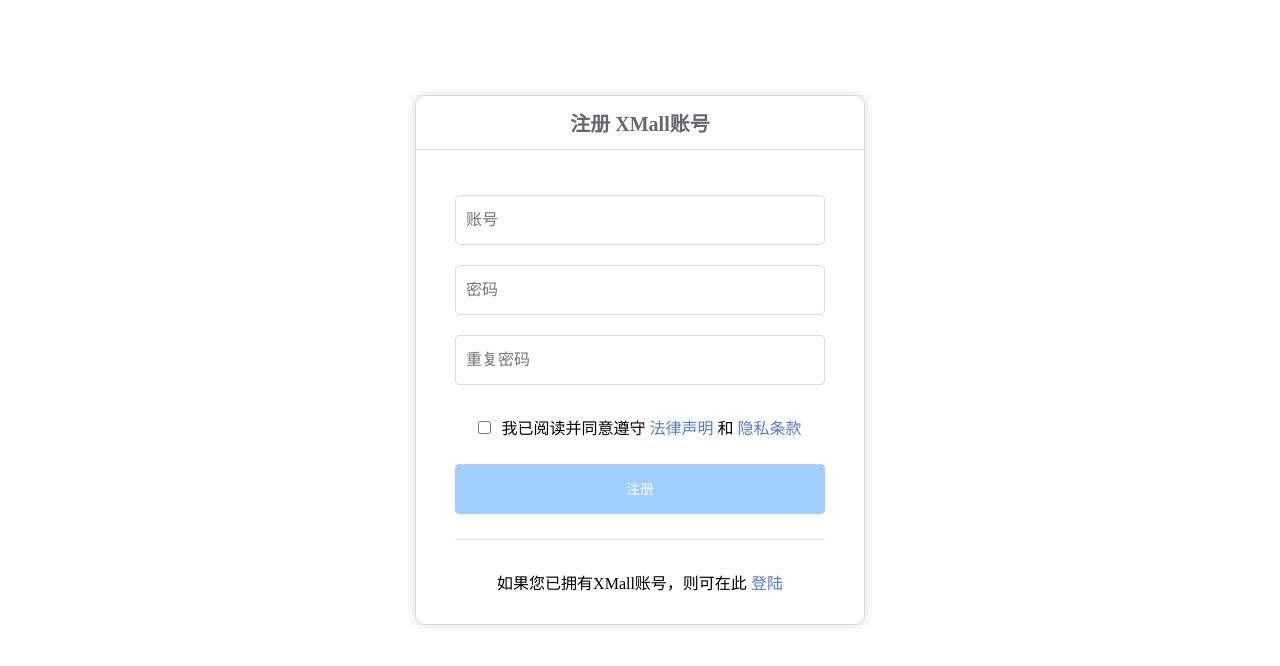
Repository: dingqihui1997/xmall-demo
Page: /register
The author's editor kept a copy of each file at every save. The page is drawn from the files as they stood at one save, then again after the next save.
The browser window is 1280 px wide. The pictures show the whole page.
The project was rebuilt for these pictures with package versions that can differ from the ones it lists, and the page was loaded fresh each time. Also part of the build but not shown: vue.config.js, src/views/Home.vue.

Above is the page before, as saved 2021-06-29 15:43:55.

After the next save:
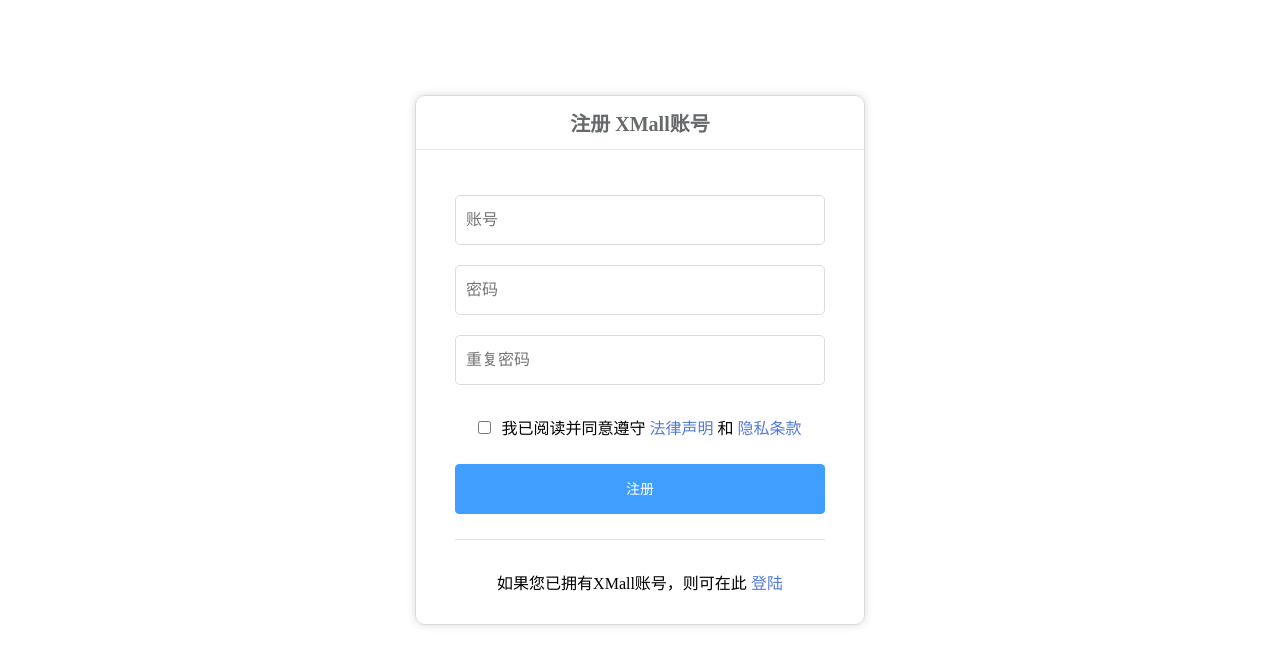
Saved 91 s later.
--- a/src/components/register/Register.vue
+++ b/src/components/register/Register.vue
@@ -21,7 +21,7 @@
         >
       </div>
       <div class="flex-ja regis">
-        <el-button type="primary" disabled>注册</el-button>
+        <el-button type="primary" :disabled="flag">注册</el-button>
       </div>
       <div class="flex-ja">
         <div class="bottom flex-ja">

After the 2 saves that followed:
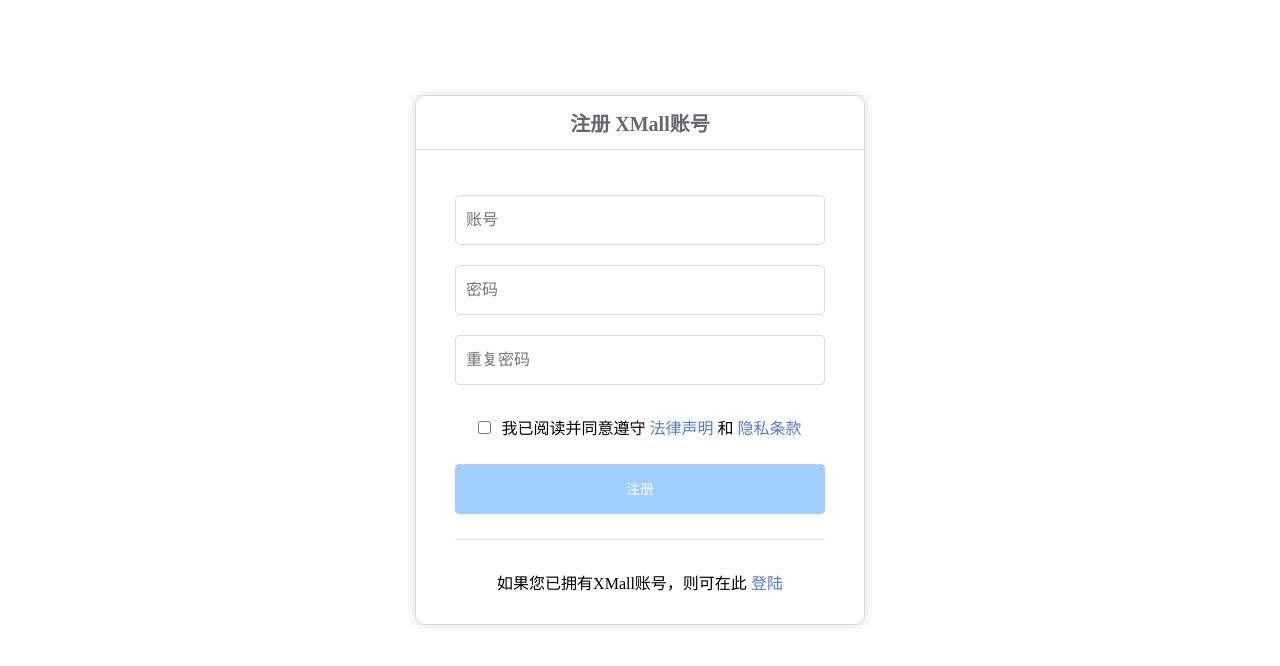
The 2 saves are shown as one change because 1 left the picture as it was.
The last was saved 34 s later.
--- a/src/components/register/Register.vue
+++ b/src/components/register/Register.vue
@@ -41,6 +41,7 @@
       username: "",
       password: "",
       Repeat: "",
+      flag: true,
     };
   },
   components: {},
